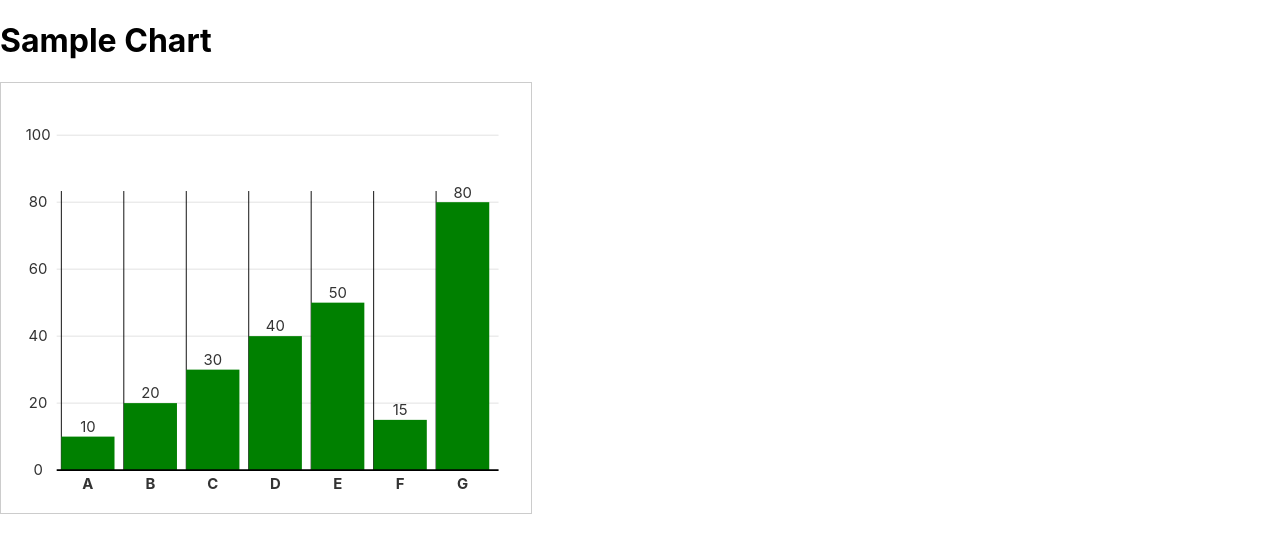
Repository: CaptainJang316/GChart
Page: /
An editor plug-in stored every save of this project. The page is shown before and after a run of saves, followed by the edit.
The browser window is 1280 px wide. The pictures show the whole page.
The project was rebuilt for these pictures with package versions that can differ from the ones it lists, and the page was loaded fresh each time. Also part of the build but not shown: src/App.css.

Above is the page before, as saved 2024-11-09 17:57:51.

### src/App.tsx
/* eslint-disable */
import React from 'react';
import './App.css';
import BarChart from './components/Chart/BarChart';
import { Option } from './types/Option';

function App() {
  const sampleOption: Option = {
    type: 'bar',
    data: [
      { label: 'A', value: 10 },
      { label: 'B', value: 20 },
      { label: 'C', value: 30 },
      { label: 'D', value: 40 },
      { label: 'E', value: 50 },
      { label: 'F', value: 15 },
      { label: 'G', value: 80 },
    ],
    layout: {
      width: 500,
      height: 400,
      axisCnt: 5
    },
    style: {
      color: "green"
    },
    tooltip: true,
    label:  {
      show: true,
      position: 'mid'
    }
  };

  return (
    <div>
      <h1>Sample Chart</h1>
      {/* 차트의 border 없애고, X,Y 축에 대한 컴포넌트들로 더 큰 바운더리 구현해야 함. */}
      {/* => ㄴㄴ. 그냥 단일 SVG로 구현하는 게 훨씬 좋음. */}

      <div className="chart-wrapper">
        <BarChart {...sampleOption}/>
      </div>
    </div>
  );
}

export default App;

### src/components/Chart/BarChart.tsx
/* eslint-disable */
import React from 'react';
import { useAxis } from '../Axis/useAxis';
import { useGrid } from '../Grid/useGrid';
import { Option } from '../../types/Option';

// interface ChartProps {
//     data: { label: string, value: number }[];
//     width?: number;
//     height?: number;
//     color?: string;
//     axisCnt?: number;
// };

const BarChart: React.FC<Option> = ({
    data,
    title,
    layout: {
        width = 400,
        height = 300,
        axisCnt = 8,
    },
    style: {
        color = '#4A90E2',
    },
    tooltip = true
}) => {
    const values = data.map(item => item.value);
    const {xAxis, yAxis, scales} = useAxis({data: values, width: width, height: height, axisCnt: axisCnt});
    const {gridLines} = useGrid({data: values, scales, width, height, horizontalLineCnt: axisCnt});

    const maxValue = Math.max(...data.map(d => d.value));
    const barWidth = (width - 30) / data.length;
    // const yTicks = 10;
    // const tickValues = Array.from({ length: yTicks }, (_, i) => (maxValue / yTicks) * i);

    return (
        // svg 요소 안에, 차트를 그린다.
        <div style={{ display: 'inline-block', width: `${width}px`, height: `${height}px`}}>
            <svg width='100%' height='100%' viewBox={`0 0 ${width} ${height + 30}`} style={{ border: '1px solid #ccc', padding: '15px'}}>
                {
                    title?
                    <g className='title-layer'>
                        <h3>{title.text}</h3>
                        {title.subTitle? <h5>{title.subTitle}</h5> : ''}
                    </g> : ''
                }
                <g className='grid-layer'>
                    {gridLines.horizontal.map((el: { id: React.Key | null | undefined; x1: number ; y1: number ; x2: number ; y2: number; }, index: number) => (
                        <line
                            key={el.id}
                            x1={el.x1}
                            y1={el.y1}
                            x2={el.x2}
                            y2={el.y2}
                            stroke="#e0e0e0"
                            // strokeDasharray="4 4"
                            strokeWidth={1}
                        />
                    ))}
                    {gridLines.vertical.map((el: { id: React.Key | null | undefined; x1: number ; y1: number ; x2: number ; y2: number; }, index: number) => (
                        <line
                            key={el.id}
                            x1={barWidth * index + 30}
                            y1={height}
                            x2={barWidth * index + 30}
                            y2={100}
                            stroke="black"
                            // strokeDasharray="4 4"
                            strokeWidth={1}
                        />
                    ))}
                </g>

                <g className='axis-layer'>
                    {yAxis.ticks.map((tick) => (
                        <text
                            x={5}
                            y={tick.position}
                            textAnchor="middle"
                            // fontSize="10"
                            fill="#333"
                        >
                        {tick.value}
                        </text>
                    ))}
                </g>

                <g className='chart-layer'>
                    {data.map((d, i) => {
                        const barHeight = height - scales.yScale(d.value);
                        return (
                            // g는 svg 요소 내에 사용되는 것.
                            // svg에서 그룹을 만드는 역할을 한다.
                            // trangform은 그룹의 위치를 변환하는 데 사용됨.
                            // translate(${i * barWidth}, ${height - barHeight}) <- x축, y축 이동 정도 지정

                            <g key={i} transform={`translate(${i * barWidth}, ${height - barHeight})`}>
                                <rect
                                    width={barWidth - 10}
                                    height={barHeight}
                                    fill={color}
                                    x={30}
                                    y={0}
                                />
                                <text
                                    x={barWidth / 2 + 25}
                                    y={-5}
                                    textAnchor="middle"
                                    // fontSize="10"
                                    fill="#333"
                                >
                                    {d.value}
                                </text>
                            </g>
                        );
                    })}
                </g>

                <g className='bottom-layer'>
                    <line
                        x1={25}
                        y1={height}
                        x2={width}
                        y2={height}
                        stroke="black"
                        // strokeDasharray="4 4"
                        strokeWidth={2}
                    />
                </g>
                <g className='label-layer'>
                    {data.map((d, i) => {
                        let currX = barWidth * i;
                        return (
                            <text
                            x={currX + barWidth / 2 + 25}
                            y={height + 20}
                            textAnchor="middle"
                            // fontSize="12"
                            fontWeight="bold"
                            fill="#333"
                        >
                            {d.label}
                        </text>
                        );
                    })}
                </g>
            </svg>
        </div>
    );
};

export default BarChart;

### src/components/Axis/useAxis.ts
/* eslint-disable */
import { useMemo } from 'react';
import { scaleLinear } from 'd3-scale';

interface AxisProps {
    data: number[];
    width: number;
    height: number;
    axisCnt?: number;
    horizontalPadding?: number; // 좌우 패딩
    topPadding?: number; // 위쪽 패딩
}

export const useAxis = ({
    data,
    width,
    height,
    axisCnt = 6,
    horizontalPadding = 40,
    topPadding = 40
}: AxisProps) => {
    const scales = useMemo(() => {
        // X축 스케일 설정
        const xScale = scaleLinear()
            .domain([0, data.length - 1])
            .range([horizontalPadding, width - horizontalPadding]);

        // Y축 스케일 설정
        const maxValue = Math.max(...data);
        const yMaxValue = getAppropriateMaxValue(maxValue);

        const yScale = scaleLinear()
            .domain([0, yMaxValue])
            // 위쪽 패딩만 적용하고 아래쪽은 height 값 그대로 사용
            .range([height, topPadding]); // -1을 해서 baseline에 정확히 맞춤

        return { xScale, yScale };
    }, [data, width, height, horizontalPadding, topPadding]);

    const xAxis = useMemo(() => {
        return {
            ticks: data.map((_, index) => ({
                value: index,
                position: scales.xScale(index)
            }))
        };
    }, [scales.xScale, data]);

    const yAxis = useMemo(() => {
        const ticks = scales.yScale.ticks(axisCnt);
        return {
            ticks: ticks.map(tick => ({
                value: tick,
                position: scales.yScale(tick) + 5
            }))
        };
    }, [scales.yScale, axisCnt]);

    return { xAxis, yAxis, scales };
};

// 적절한 최대값을 계산하는 헬퍼 함수
function getAppropriateMaxValue(maxValue: number): number {
    const magnitude = Math.pow(10, Math.floor(Math.log10(maxValue)));
    const normalized = maxValue / magnitude;

    if (normalized <= 1) return magnitude;
    if (normalized <= 2) return 2 * magnitude;
    if (normalized <= 5) return 5 * magnitude;
    return 10 * magnitude;
}

### src/components/Grid/useGrid.ts
/* eslint-disable */
import { useMemo } from 'react';

interface GridProps {
    data: number[],
    scales: {
        xScale: any;
        yScale: any;
    },
    width: number,
    height: number
    horizontalLineCnt: number;
}

export const useGrid = ({data, scales, width, height, horizontalLineCnt}: GridProps) => {
    const gridLines = useMemo(() => {
        const vertical = scales.xScale.ticks(data.length - 1).map((tick: number) => ({
            id: `x-${tick}`,
            x1: scales.xScale(tick),
            y1: 0,
            x2: scales.xScale(tick),
            y2: height,
        }));

        const horizontal = scales.yScale.ticks(horizontalLineCnt).map((tick: number) => ({
            id: `y-${tick}`,
            x1: 25,
            y1: scales.yScale(tick),
            x2: width,
            y2: scales.yScale(tick)
        }));

        return {vertical, horizontal};
    }, [scales, width, height]);

    return { gridLines };
}

Loaded but not shown: public/index.html (common file); src/index.tsx (common file); src/index.css (common file); src/reportWebVitals.ts (common file)

After the next 2 saves:
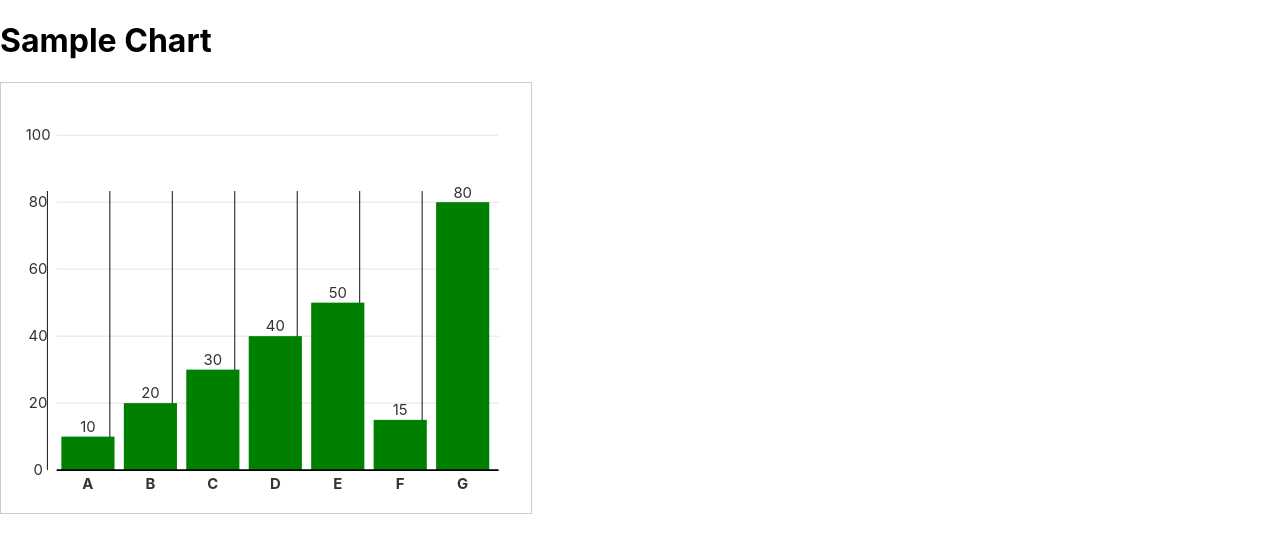
The 2 saves are shown as one change because they came seconds apart.
The last was saved 23 s later.
--- a/src/components/Chart/BarChart.tsx
+++ b/src/components/Chart/BarChart.tsx
@@ -61,9 +61,9 @@ const BarChart: React.FC<Option> = ({
                     {gridLines.vertical.map((el: { id: React.Key | null | undefined; x1: number ; y1: number ; x2: number ; y2: number; }, index: number) => (
                         <line
                             key={el.id}
-                            x1={barWidth * index + 30}
+                            x1={barWidth * index + 15}
                             y1={height}
-                            x2={barWidth * index + 30}
+                            x2={barWidth * index + 15}
                             y2={100}
                             stroke="black"
                             // strokeDasharray="4 4"
